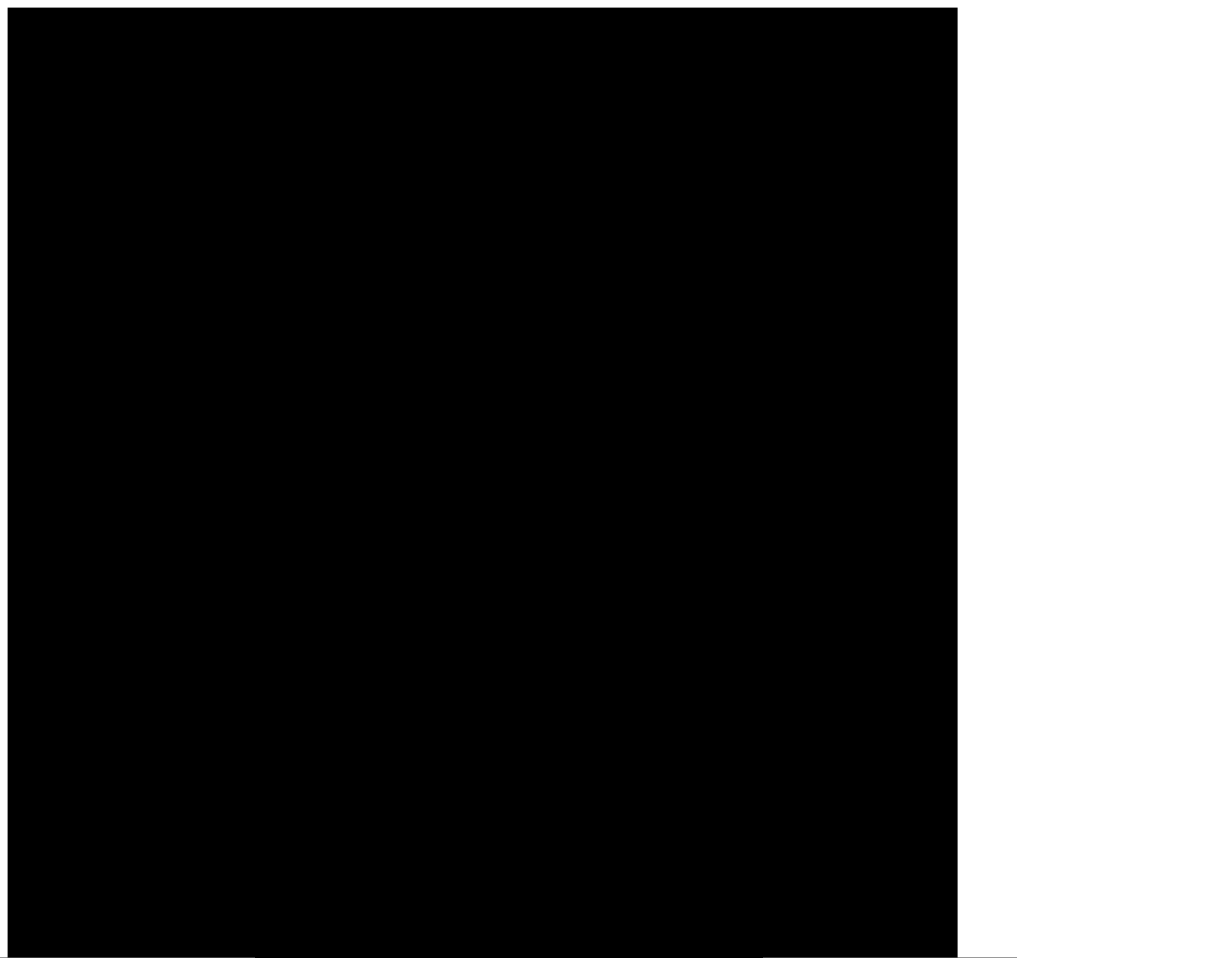
Repository: MaksimKrupkin/socialNetwork
Page: / (app in frontend/socialNetworkFrontend/)
These files come from the project's save history. The page is drawn as it stood at one moment and after the next save; the edit follows.
The browser window is 1280 px wide. The page is 1280 px wide, then 1288 px, so the pictures cover 1288 px, including what lies to the right of the window. The pictures show the whole page, at 95% of full size.
The project was rebuilt for these pictures with package versions that can differ from the ones it lists, and the page was loaded fresh each time. Also part of the build but not shown: frontend/socialNetworkFrontend/vite.config.js, frontend/socialNetworkFrontend/src/index.css.

Above is the page before, as saved 2024-11-27 18:39:14.

### frontend/socialNetworkFrontend/index.html
<!DOCTYPE html>
<html lang="en">
  <head>
    <meta charset="UTF-8" />
    <link rel="icon" type="image/svg+xml" href="/vite.svg" />
    <meta name="viewport" content="width=device-width, initial-scale=1.0" />
    <title>Brimo</title>
  </head>
  <body>
    <div id="root"></div>
    <script type="module" src="/src/main.jsx"></script>
  </body>
</html>

### frontend/socialNetworkFrontend/src/App.jsx
import './App.css';
import { Routes, Route } from 'react-router-dom';
import MainPage from './Pages/MainPage/MainPage';

function App() {
  return (
    <div>
      <Routes>
        <Route path="/" element={<MainPage />} />
      </Routes>
    </div>
  );
}

export default App;

### frontend/socialNetworkFrontend/src/App.css
* {
  width: 1000px;
  height: 1000px;
}

### frontend/socialNetworkFrontend/src/Pages/MainPage/MainPage.jsx
import React from 'react';
import styles from './MainPage.module.scss';

function MainPage() {
  return <div className={styles.wrapper}></div>;
}
export default MainPage;

### frontend/socialNetworkFrontend/src/Pages/MainPage/MainPage.module.scss
.wrapper {
  background-color: black;
  width: 100%;
  height: 100%;
}

Loaded but not shown: frontend/socialNetworkFrontend/src/main.jsx (common file)

After the next save:
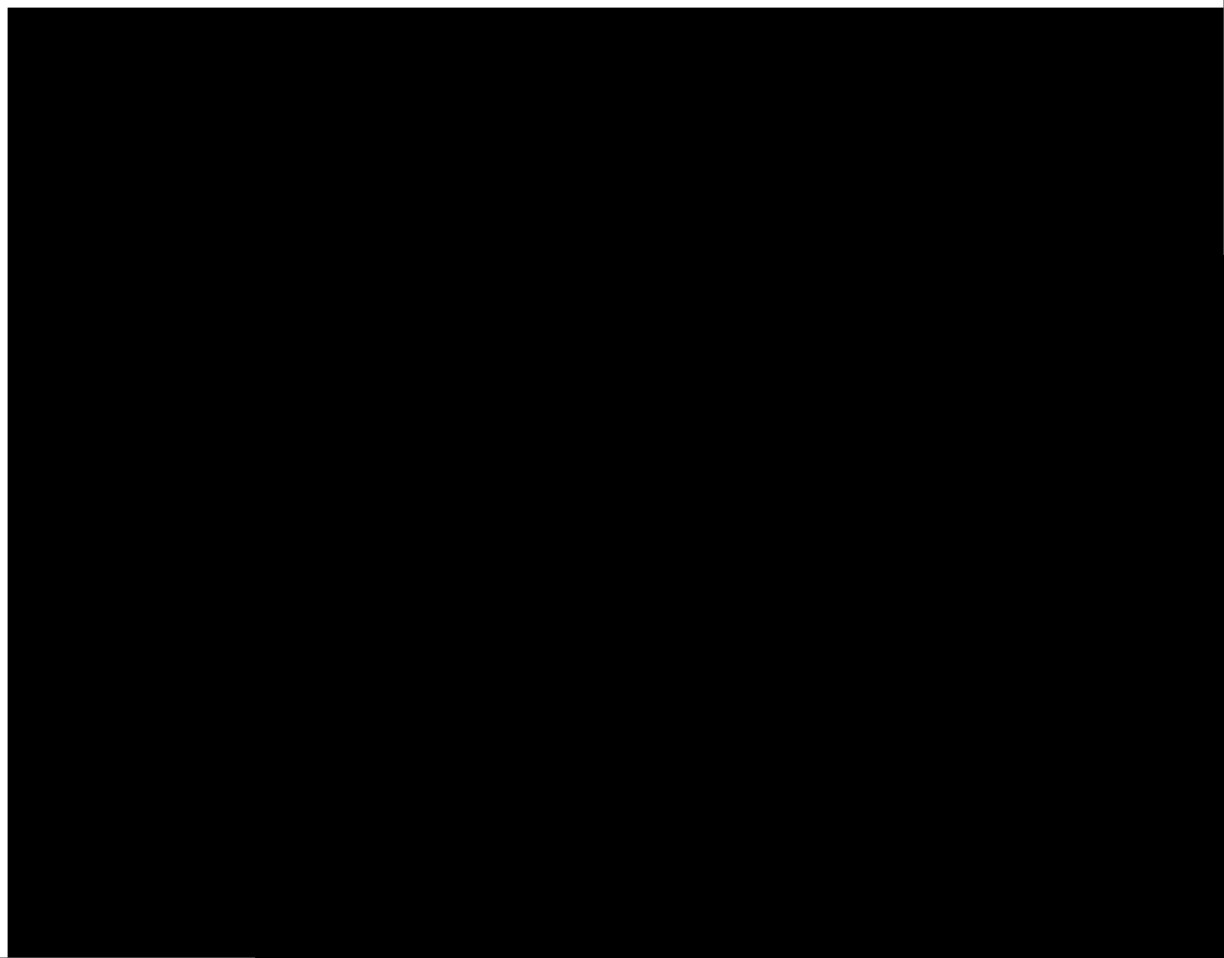
Saved 2 min 39 s later.
--- a/frontend/socialNetworkFrontend/src/App.css
+++ b/frontend/socialNetworkFrontend/src/App.css
@@ -1,4 +1,4 @@
 * {
-  width: 1000px;
+  width: 100%;
   height: 1000px;
 }
